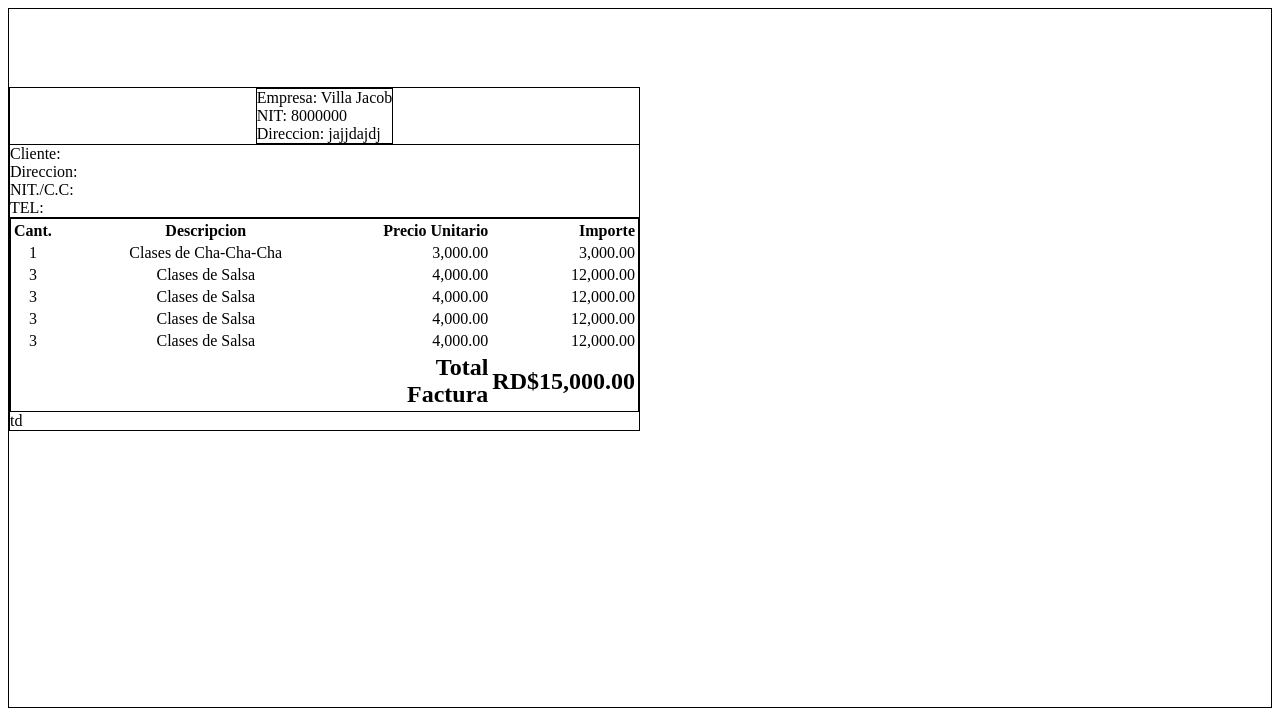
Repository: MrVanQish/FacturaEstructura
Page: index.html
These files come from the project's save history. The page is drawn as it stood at one moment and after the next save; the edit follows.
The browser window is 1280 px wide. The pictures show the whole page.

Above is the page before, as saved 2021-09-29 11:06:35.

### index.html
<!DOCTYPE html>
<html lang="en">
<head>
    <meta charset="UTF-8">
    <meta http-equiv="X-UA-Compatible" content="IE=edge">
    <meta name="viewport" content="width=device-width, initial-scale=1.0">
    <title>Document</title>
    <link rel="stylesheet" href="styles.css">
</head>
<body>

    <div class="wrapper">

        <div class="factura1">
                <div class="infoEmpresa-f">
                    Empresa: Villa Jacob
                    <br>
                    NIT: 8000000
                    <br>
                    Direccion: jajjdajdj
                </div>

                <div class="fecha-f">
                    <table>
                        td
                    </table>
                </div>

                <div class="infoCliente-f">
                    <table>
                          <tbody>
                            <tr>
                                Cliente:
                            </tr>
                            <br>
                            <tr>
                                Direccion:
                            </tr>
                            <br>
                            <tr>
                                NIT./C.C:
                            </tr>

                            <br>
                            <tr>
                                TEL:
                            </tr>


                          </tbody>
                    </table>
                </div>


                    <div class="items-f row my-5">
                        <table class="table table-borderless factura">
                          <thead>
                            <tr>
                              <th>Cant.</th>
                              <th>Descripcion</th>
                              <th>Precio Unitario</th>
                              <th>Importe</th>
                            </tr>
                          </thead>
                          <tbody>
                            <tr>
                              <td>1</td>
                              <td>Clases de Cha-Cha-Cha</td>
                              <td>3,000.00</td>
                              <td>3,000.00</td>
                            </tr>
                            <tr>
                              <td>3</td>
                              <td>Clases de Salsa</td>
                              <td>4,000.00</td>
                              <td>12,000.00</td>
                            </tr>
                            <tr>
                              <td>3</td>
                              <td>Clases de Salsa</td>
                              <td>4,000.00</td>
                              <td>12,000.00</td>
                            </tr>
                            <tr>
                              <td>3</td>
                              <td>Clases de Salsa</td>
                              <td>4,000.00</td>
                              <td>12,000.00</td>
                            </tr>
                            <tr>
                                <td>3</td>
                                <td>Clases de Salsa</td>
                                <td>4,000.00</td>
                                <td>12,000.00</td>
                              </tr>

                          </tbody>
                          <tfoot>
                            <tr>
                              <th></th>
                              <th></th>
                              <th>Total Factura</th>
                              <th>RD$15,000.00</th>
                            </tr>
                          </tfoot>
                        </table>
                        <div class="cond row"></div>
                      </div>

        </div>

    </div>









    </div>

</body>
</html>

### styles.css
@page {
    size: A4 landscape;
}

.factura {
  table-layout: fixed;
}

.factura > thead {
  border-top: solid 3px #000;
  border-bottom: 3px solid #000;
}

.factura > thead > tr > th:nth-child(2), .factura > tbod > tr > td:nth-child(2) {
  width: 300px;
}

.factura > thead > tr > th:nth-child(n+3) {
  text-align: right;
}

.factura > tbody > tr > td:nth-child(n+3) {
  text-align: right;
}

.factura > tfoot > tr > th, .factura > tfoot > tr > th:nth-child(n+3) {
  font-size: 24px;
  text-align: right;
}


.wrapper {
    height: 97vh;
    border: 1px solid #000;
    display: grid;
    grid-template-columns: 1fr 1fr;
    grid-template-rows: 500px;
    grid-template-areas:
      "f1 f2";
  }

  .factura1 {

    display: grid;
    grid-area: f1;
    align-self: center;
    justify-self: center;
    border: 1px solid #000;
    grid-template-columns: 1fr;
    grid-template-rows: auto auto auto;
    grid-template-areas:
      "infoEmpresa-f"
      "infoCliente-f"
      "items-f"
  }


.infoEmpresa-f{
    grid-area: infoEmpresa-f;
    border: 1px solid #000;
    align-self: center;
    justify-self: center;
}

.infoCliente-f{
    grid-area: infoCliente-f;
    border: 1px solid #000;
    align-self: center;
    justify-self: center;
    width: 100%;
}

.items-f{
    grid-area: items-f;
    border: 1px solid #000;
    align-self: center;
    justify-self: center;
    text-align: center;
}

After the next save:
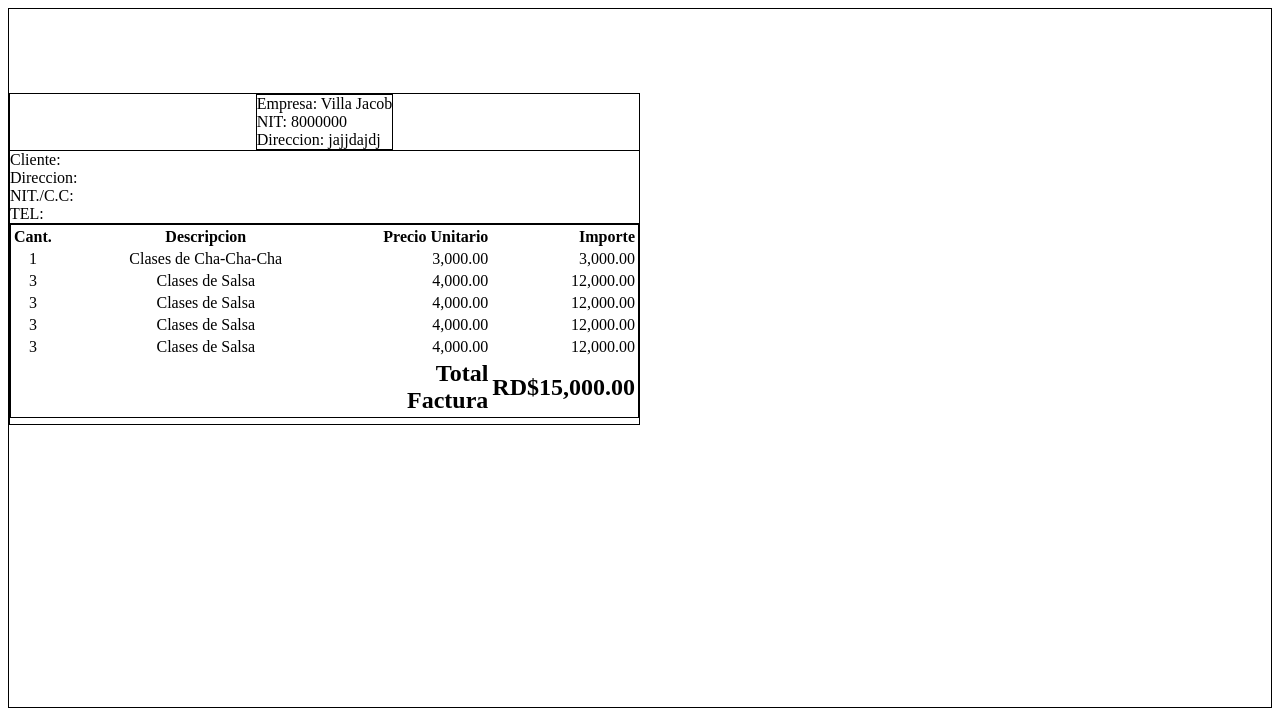
Saved 6 s later.
--- a/index.html
+++ b/index.html
@@ -22,7 +22,7 @@
 
                 <div class="fecha-f">
                     <table>
-                        td
+                        <th></th>
                     </table>
                 </div>
 

After the save that followed:
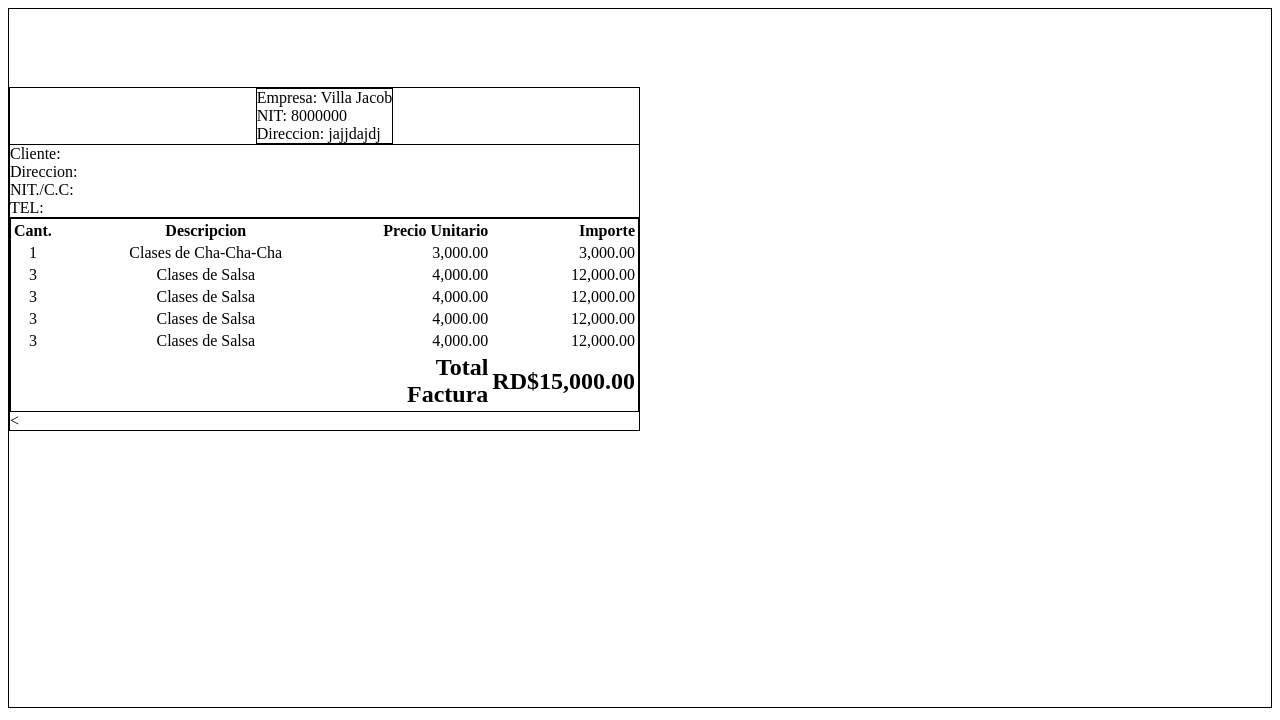
Saved 6 s later.
--- a/index.html
+++ b/index.html
@@ -22,7 +22,7 @@
 
                 <div class="fecha-f">
                     <table>
-                        <th></th>
+                        <</th>
                     </table>
                 </div>
 
